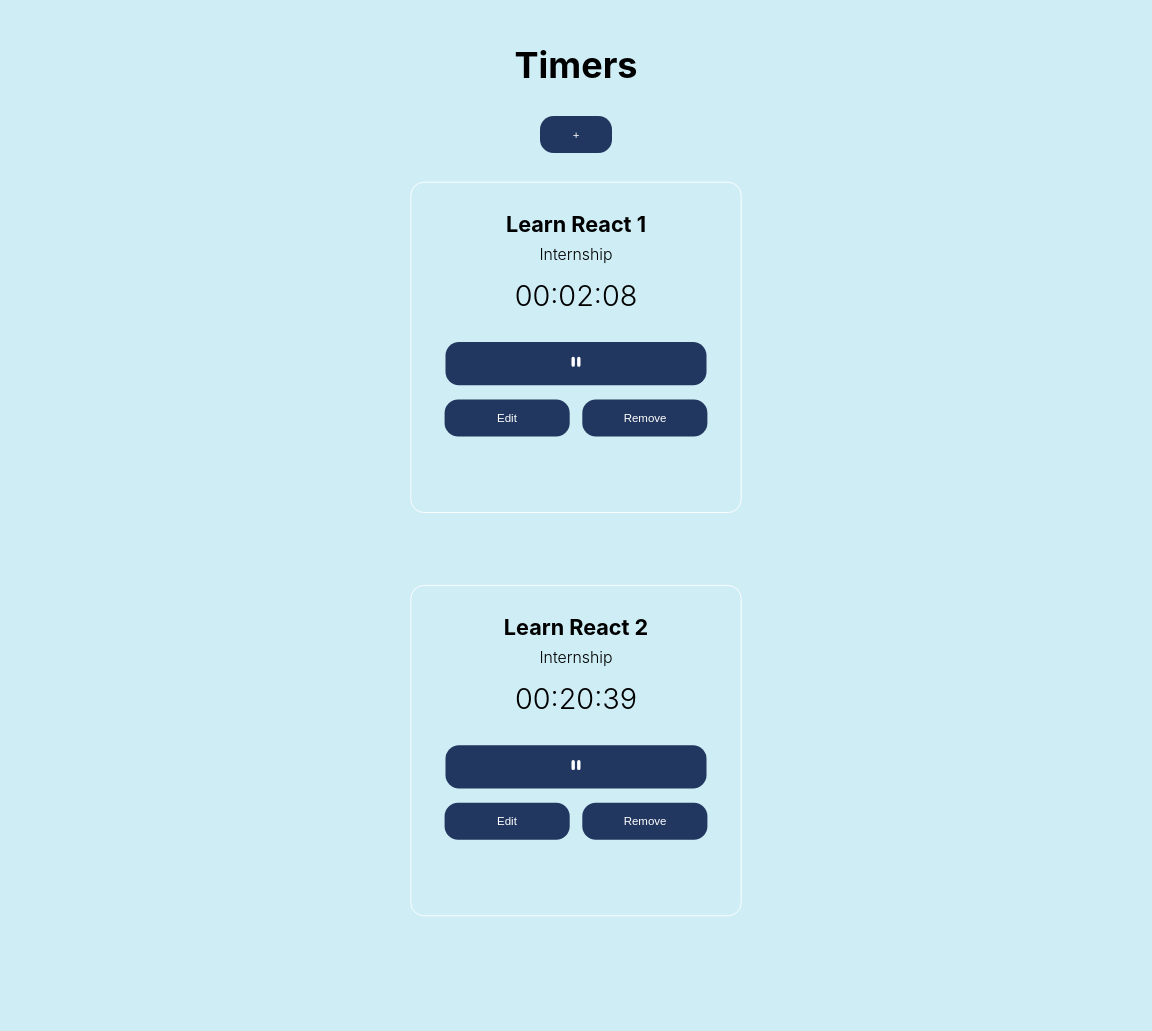
Repository: dqhuy153/react-timer
Page: /
The author's editor kept a copy of each file at every save. The page is drawn from the files as they stood at one save, then again after the next save.
The browser window is 1280 px wide. The pictures show the whole page, at 90% of full size.
The project was rebuilt for these pictures with package versions that can differ from the ones it lists, and the page was loaded fresh each time. Also part of the build but not shown: src/components/TimerForm/TimerForm.module.scss, src/components/TimerForm/index.jsx.

Above is the page before, as saved 2021-10-26 17:51:53.

After the next save:
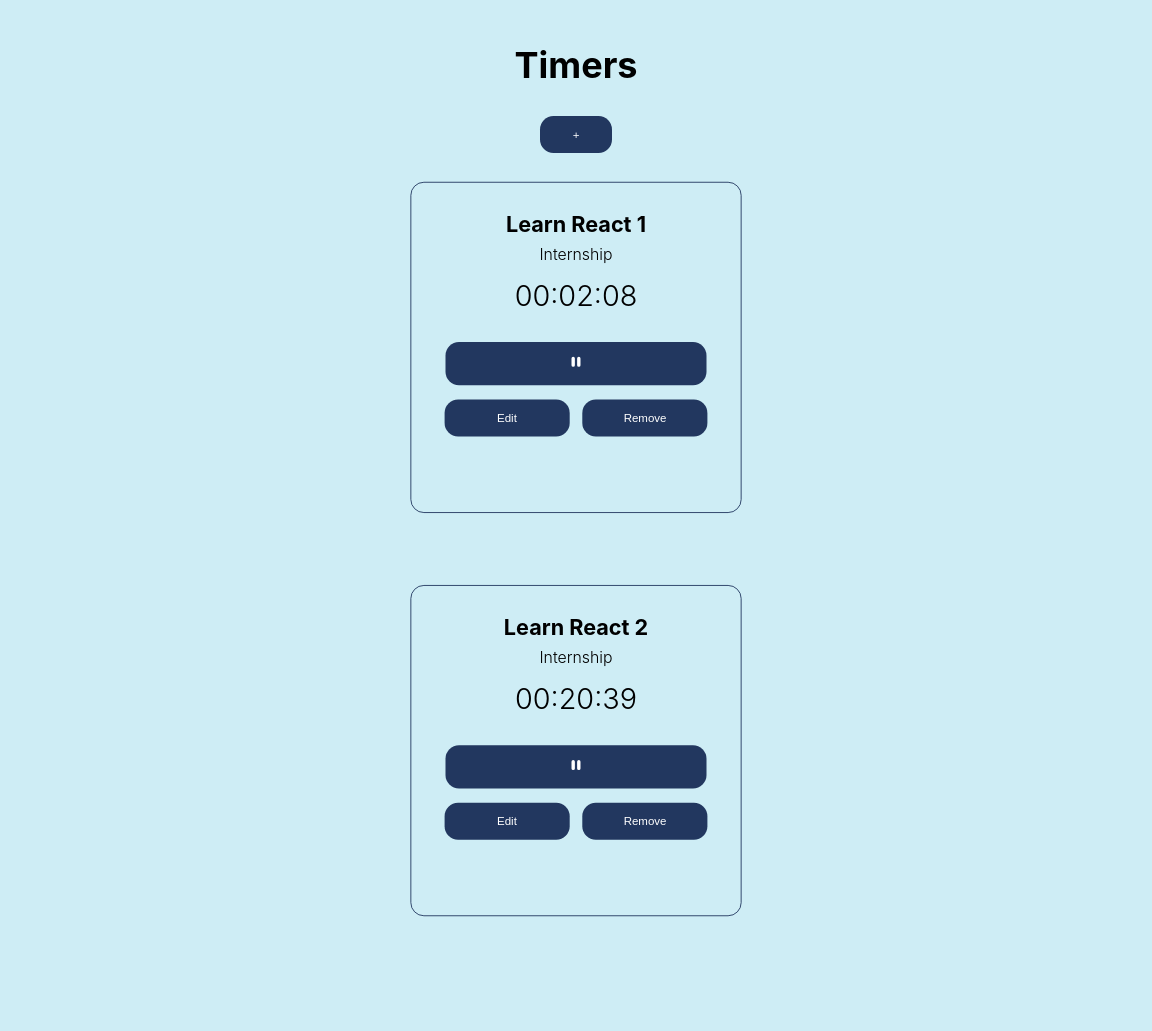
Saved 44 s later.
--- a/src/components/EditableTimerForm/EditableTimerForm.module.scss
+++ b/src/components/EditableTimerForm/EditableTimerForm.module.scss
@@ -1,6 +1,6 @@
 .container {
   transition: all 0.2s linear;
-  border: 1px solid #fff;
+  border: 1px solid #22375f;
   padding: 2rem;
   border-radius: 15px;
   width: 23rem;
